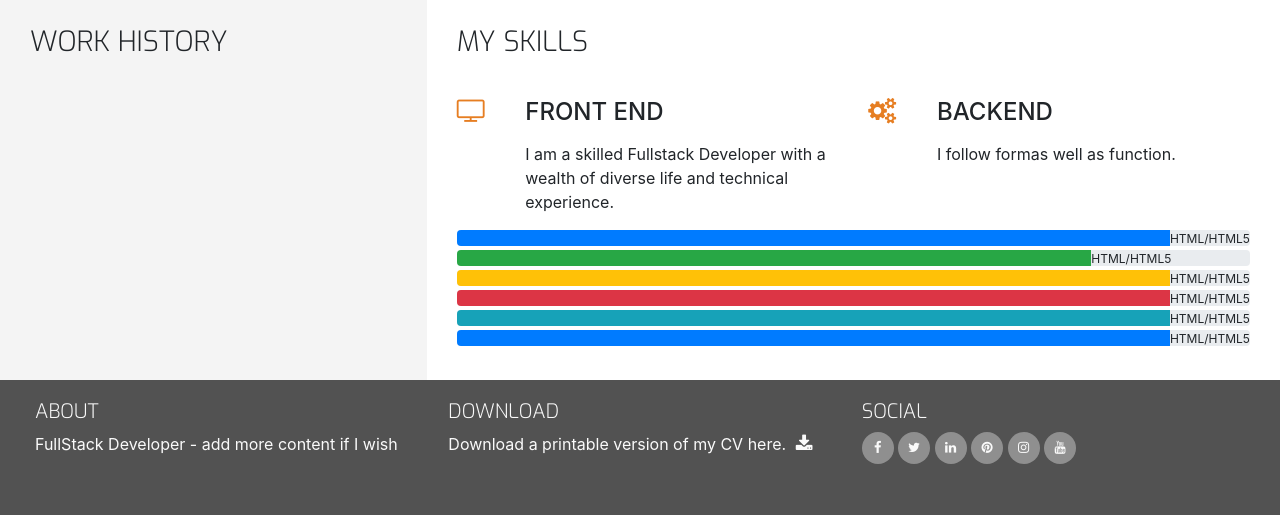
Repository: JustWhiteGit/Rosies-Resume
Page: resume.html
The author's editor kept a record of every edit. The page is drawn from the files as they stood at one moment, then again after the next edit.
The browser window is 1280 px wide. The pictures show the part of the page from y = 369 to 938 px (the page is 884 px tall before and 938 px after).

Above is the page before.

After the next edit:
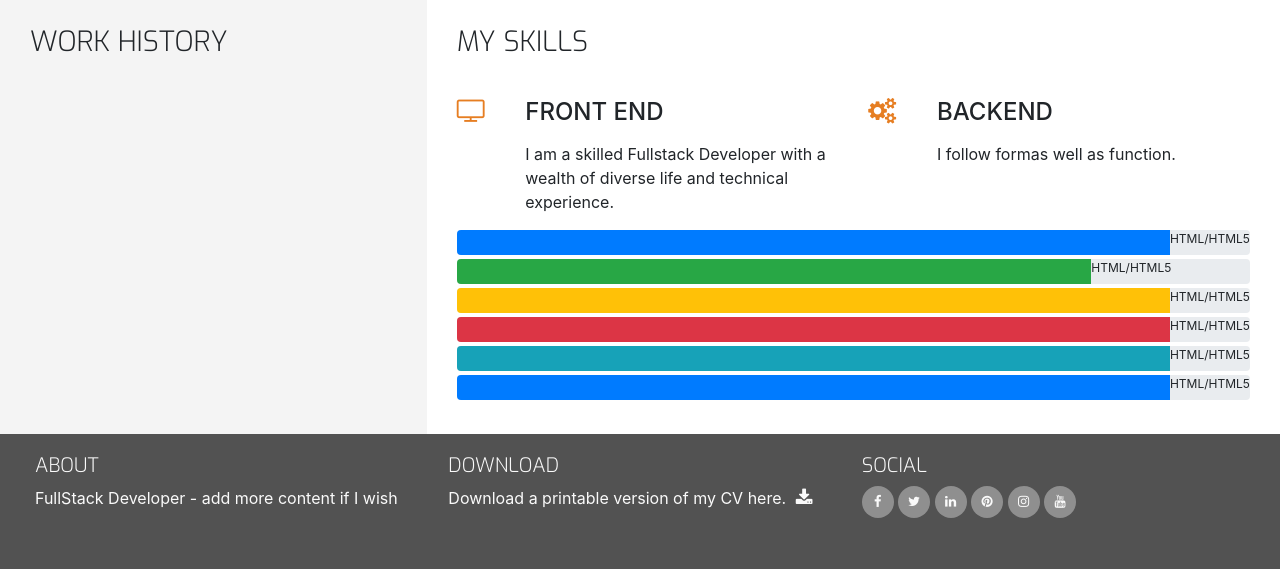
The edit:
--- a/assets/css/styles.css
+++ b/assets/css/styles.css
@@ -274,7 +274,7 @@
 
 .progress {
     position: relative;
-    height; 25px;
+    height: 25px;
     margin-bottom: 4px;
 }
 
